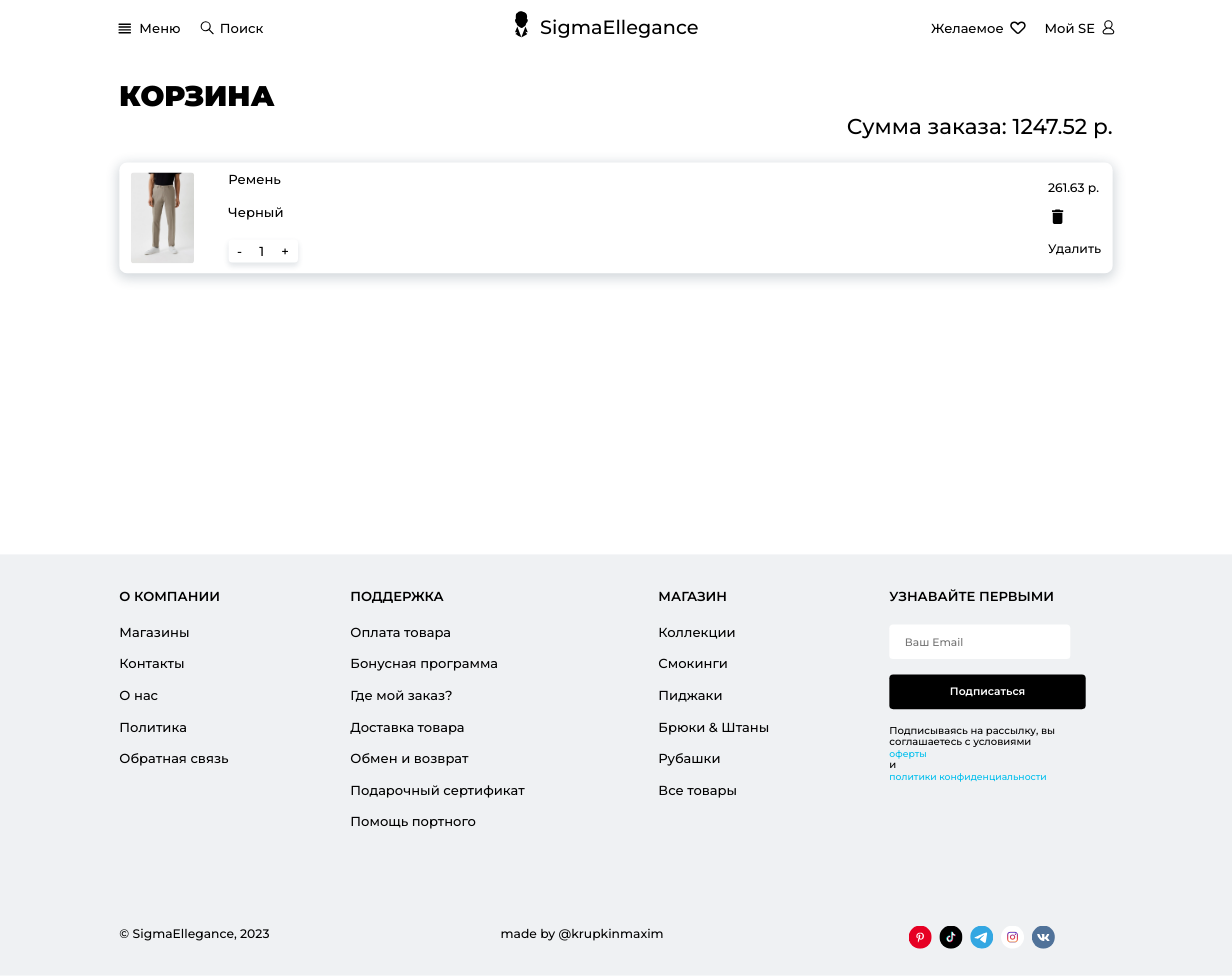
Repository: MaksimKrupkin/SigmaEllegance
Page: /cart
The author's editor kept a copy of each file at every save. The page is drawn from the files as they stood at one save, then again after the next save.
The browser window is 1280 px wide. The page is 1600 px wide, so the pictures cover 1600 px, including what lies to the right of the window. The pictures show the whole page, at 77% of full size.
Some web fonts or font styles are not loaded; a fallback is used. The project was rebuilt for these pictures with package versions that can differ from the ones it lists, and the page was loaded fresh each time. Also part of the build but not shown: src/Components/SideBar/SideBar.module.css, src/Components/SideBar/SideBar.jsx, src/Pages/HomePage.module.css, src/Components/SliderWrapper/SliderWrapper.module.css, src/Components/SliderCard/SliderCard.module.css, src/Components/SliderCard/SliderCard.jsx, src/Components/LeftArrow/LeftArrow.module.css, src/Components/LeftArrow/LeftArrow.jsx and 31 more.

Above is the page before, as saved 2023-12-19 19:59:26.

### public/index.html
<!DOCTYPE html>
<html lang="en">
  <head>
    <meta charset="utf-8" />

    <meta name="viewport" content="width=device-width, initial-scale=1" />
    <link rel="icon" type="image/png" href="./favicon.png" sizes="32x32" />
    <link rel="preconnect" href="https://fonts.googleapis.com" />
    <link rel="preconnect" href="https://fonts.gstatic.com" crossorigin />
    <link
      href="https://fonts.googleapis.com/css2?family=Roboto:wght@400;500;700&display=swap"
      rel="stylesheet" />
    <link
      href="https://fonts.googleapis.com/css2?family=Montserrat:ital,wght@0,300;0,500;0,600;0,900;1,400;1,500&family=Roboto:wght@400;500;700&display=swap"
      rel="stylesheet" />
    <link rel="preconnect" href="https://fonts.googleapis.com" />
    <link rel="preconnect" href="https://fonts.gstatic.com" crossorigin />
    <link
      href="https://fonts.googleapis.com/css2?family=Montserrat:wght@300&family=Roboto:wght@400;500;700&display=swap"
      rel="stylesheet" />
    <link href="https://fonts.cdnfonts.com/css/montserrat" rel="stylesheet" />
    <title>SigmaEllegance</title>
  </head>
  <body>
    <div id="root"></div>
  </body>
</html>

### src/index.js
import React from 'react';
import ReactDOM from 'react-dom/client';
import App from './App';
import { BrowserRouter } from 'react-router-dom';

const root = ReactDOM.createRoot(document.getElementById('root'));
root.render(
  <React.StrictMode>
    <BrowserRouter>
      <App />
    </BrowserRouter>
  </React.StrictMode>,
);

### src/App.js
import React, { useState, useEffect, useRef } from 'react';
import Header from './Components/Header/Header';
import HomePage from './Pages/HomePage';
import styles from './App.module.css';
import GoodsPage from './Pages/GoodsPage/GoodsPage';
import OpenGoodPage from './Pages/OpenGoodPage/OpenGoodPage';
import Footer from './Components/Footer/Footer';
import { BrowserRouter, Route, Routes, useParams } from 'react-router-dom';
import AboutUs from './Pages/AboutUs/AboutUs';
import SearchPage from './Pages/SearchPage/SearchPage';
import Contacts from './Pages/Contacts/Contacts';
import Payment from './Pages/Payment/Payment';
import Cart from './Pages/Cart/Cart';

function App() {
  const { category, id } = useParams();
  const [sidebarOpen, setSidebarOpen] = useState(false);

  const closeSidebar = () => {
    setSidebarOpen(false);
  };

  useEffect(() => {
    const handleOutsideClick = (event) => {};

    document.addEventListener('mousedown', handleOutsideClick);

    return () => {
      document.removeEventListener('mousedown', handleOutsideClick);
    };
  }, []);
  return (
    <div className={styles.container}>
      <Header />
      <Routes>
        <Route path="/" element={<HomePage />} />
        <Route path="/goodspage/" element={<GoodsPage />} />
        <Route path="/goodspage/:category" element={<GoodsPage />} />
        <Route path="/goodspage/:category/:id" element={<OpenGoodPage />} />
        <Route path="/opengoodspage" element={<OpenGoodPage />} />
        <Route path="/opengoodspage/:category/:id" element={<OpenGoodPage />} />
        <Route path="/aboutUsPage" element={<AboutUs />} />
        <Route path="/searchPage" element={<SearchPage />} />
        <Route path="/contacts" element={<Contacts />} />
        <Route path="/payment" element={<Payment />} />
        <Route path="/cart" element={<Cart />} />
      </Routes>

      <Footer />
    </div>
  );
}

export default App;

### src/Components/Header/Header.jsx
import React from 'react';
import { useState } from 'react';
import { Link } from 'react-router-dom';
import styles from './Header.module.css';
import logo from '../../assets/img/logo.svg';
import icon1 from '../../assets/img/Icon1.svg';
import icon2 from '../../assets/img/icon2.svg';
import icon3 from '../../assets/img/icon3.svg';
import icon4 from '../../assets/img/icon4.svg';
import SideBar from '../SideBar/SideBar';

function Header() {
  const [toggleMenu, setToggleMenu] = useState(false);
  const HandleToggle = () => {
    setToggleMenu(!toggleMenu);
  };
  console.log(toggleMenu);
  return (
    <header className={styles.header}>
      <div className={styles.left_part}>
        <div onClick={HandleToggle} className={styles.menu}>
          <img className={styles.icon1} src={icon1} alt="" />
          <p>Меню</p>
        </div>
        {toggleMenu && <SideBar HandleToggle={HandleToggle} />}

        <Link to="/searchPage" className={styles.search}>
          <img className={styles.icon2} src={icon2} alt="" />
          <p>Поиск</p>
        </Link>
      </div>
      <Link to="/" className={styles.logo_part}>
        <img className={styles.logo} src={logo} alt="" />
        <p>SigmaEllegance</p>
      </Link>
      <div className={styles.right_part}>
        <Link to="/cart" className={styles.liked}>
          <p>Желаемое</p>
          <img className={styles.icon3} src={icon3} alt="" />
        </Link>
        <Link className={styles.purchases}>
          <p>Мой SE</p>
          <img className={styles.icon4} src={icon4} alt="" />
        </Link>
      </div>
    </header>
  );
}

export default Header;

### src/App.module.css
body {
  font-family: 'Montserrat', sans-serif;
  display: block;
  margin: 0 auto;
  padding: 0;
  width: 100%;
  position: relative;
  overflow-x: hidden;
}
.container {
  width: 1600px;
  display: block;
  margin: 0 auto;
}

*,
*::before,
*::after {
  box-sizing: border-box;
}

/* Links */

a,
a:link,
a:visited {
  text-decoration: none;
}

a:hover {
  text-decoration: none;
}

/* Common */

aside,
nav,
header,
section,
main {
  display: block;
}

h1,
h2,
h3,
h4,
h5,
h6,
p {
  font-size: inherit;
  font-weight: inherit;
}

ul,
ul li {
  list-style: none;
}

img {
  vertical-align: top;
}

img,
svg {
  max-width: 100%;
  height: auto;
}

address {
  font-style: normal;
}

/* Form */

input,
textarea,
button,
select {
  font-family: inherit;
  font-size: inherit;
  color: inherit;
  background-color: transparent;
}

input::-ms-clear {
  display: none;
}

button,
input[type='submit'] {
  display: inline-block;
  box-shadow: none;
  background-color: transparent;
  background: none;
  cursor: pointer;
}

input:focus,
input:active,
button:focus,
button:active {
  outline: none;
}

button::-moz-focus-inner {
  padding: 0;
  border: 0;
}

label {
  cursor: pointer;
}

legend {
  display: block;
}

### src/Components/Footer/Footer.jsx
import React from 'react';
import icon1 from '../../assets/img/pint.svg';
import icon2 from '../../assets/img/TT.svg';
import icon3 from '../../assets/img/TG.svg';
import icon4 from '../../assets/img/IG.svg';
import icon5 from '../../assets/img/VK.svg';
import styles from './Footer.module.css';

export default function Footer() {
  return (
    <footer className={styles.footer}>
      <div className={styles.column_1}>
        <a className={styles.column_title}>О компании</a>
        <a className={styles.column_item}> Магазины</a>
        <a className={styles.column_item}>Контакты</a>
        <a className={styles.column_item}>О нас</a>
        <a className={styles.column_item}>Политика</a>
        <a className={styles.column_item}>Обратная связь</a>
      </div>
      <div className={styles.column_2}>
        <a className={styles.column_title}>Поддержка</a>
        <a className={styles.column_item}> Оплата товара</a>
        <a className={styles.column_item}>Бонусная программа</a>
        <a className={styles.column_item}>Где мой заказ?</a>
        <a className={styles.column_item}>Доставка товара</a>
        <a className={styles.column_item}>Обмен и возврат</a>
        <a className={styles.column_item}>Подарочный сертификат</a>
        <a className={styles.column_item}>Помощь портного</a>
      </div>
      <div className={styles.column_3}>
        <a className={styles.column_title}>Магазин</a>
        <a className={styles.column_item}> Коллекции</a>
        <a className={styles.column_item}>Смокинги</a>
        <a className={styles.column_item}>Пиджаки</a>
        <a className={styles.column_item}>Брюки & Штаны</a>
        <a className={styles.column_item}>Рубашки</a>
        <a className={styles.column_item}>Все товары</a>
      </div>
      <div className={styles.footer_form}>
        <div className={styles.footer_form_title}>Узнавайте первыми</div>
        <form action={styles.text}>
          <input className={styles.footer_form_email} type="text" placeholder="Ваш Email" />
        </form>
        <div className={styles.footer_button}>
          <div className={styles.footer_link}>Подписаться</div>
        </div>
        <div className={styles.policy}>
          Подписываясь на рассылку, вы соглашаетесь с условиями{' '}
          <a href="" className={styles.policy_link}>
            оферты
          </a>{' '}
          и <a className={styles.policy_link}>политики конфиденциальности</a>{' '}
        </div>
      </div>
      <div className={styles.footer_border}>
        <img src="/img/Border.svg" alt="" />
      </div>
      <div className={styles.sigma_corp}>© SigmaEllegance, 2023</div>
      <div className={styles.made_by}>made by @krupkinmaxim</div>
      <div className={styles.social_networks}>
        <img className={styles.pintrest} src={icon1} alt="" />
        <img className={styles.tik_tok} src={icon2} alt="" />
        <img className={styles.telegram} src={icon3} alt="" />
        <img className={styles.instagram} src={icon4} alt="" />
        <img className={styles.vk} src={icon5} alt="" />
      </div>
    </footer>
  );
}

### src/Pages/Cart/Cart.jsx
import React from 'react';
import styles from './Cart.module.css';
import image from '../../assets/img/bruki-1.webp';
import { MdDelete } from 'react-icons/md';

export default function Cart() {
  return (
    <div className={styles.wrapper}>
      <div className={styles.container}>
        <div className={styles.title}>Корзина</div>
        <div className={styles.sum}>Сумма заказа: 1247.52 р.</div>
        <div className={styles.good_item}>
          <img className={styles.goods_img} src={image} alt="" />
          <div className={styles.goods_data}>
            <p className={styles.goods_type}>Ремень</p>
            <p className={styles.goods_color}>Черный</p>
            <div className={styles.goods_count}>
              <div>-</div>
              <div>1</div>
              <div>+</div>
            </div>
          </div>
          <div className={styles.right}>
            <p className={styles.goods_price}>261.63 р.</p>
            <div className={styles.goods_delete}>
              <img className={styles.delete_icon} src="" alt="" />
              <MdDelete fontSize={25} />
              <p className={styles.delete_text}>Удалить</p>
            </div>
          </div>
        </div>
      </div>
    </div>
  );
}

### src/Components/Header/Header.module.css
.header {
  font-family: 'Montserrat', sans-serif;
  margin: 0 auto;
  width: 100%;
  height: 10vh;
  display: flex;
  justify-content: space-around;
  align-items: center;
}

.left_part {
  display: flex;
  justify-content: space-between;
  align-items: center;
  gap: 25px;
  color: #000;
  margin-bottom: -2px;

  font-family: Montserrat;
  font-size: 17px;
  font-style: normal;
  font-weight: 500;
  line-height: normal;
}
.menu {
  display: flex;
  justify-content: space-between;
  align-items: center;
  gap: 8px;
  cursor: pointer;
}
.menu:hover {
  color: rgb(80, 77, 77);
}
.icon1 {
  width: 22px;
  height: 22px;
  margin-bottom: 1px;
}
.search {
  display: flex;
  justify-content: space-between;
  align-items: center;
  gap: 8px;
  cursor: pointer;
  color: black;
}

.search:hover {
  color: rgb(80, 77, 77);
}
.icon2 {
  width: 18px;
  height: 18px;
  margin-bottom: 3px;
}

.logo_part {
  margin-bottom: 3px;
  display: flex;
  justify-content: space-between;
  align-items: center;

  color: #000;

  font-family: Montserrat;
  font-size: 25px;
  font-style: normal;
  font-weight: 400;
  line-height: normal;
  cursor: pointer;
}

.logo {
  width: 67.375px;
  height: 69.103px;
  flex-shrink: 0;
  margin-right: -10px;
}
.right_part {
  margin-bottom: -2px;
  display: flex;
  justify-content: space-between;
  align-items: center;
  gap: 23px;
  font-family: Montserrat;
  font-size: 17px;
  font-style: normal;
  font-weight: 500;
  line-height: normal;
}

.liked {
  color: black;
  display: flex;
  justify-content: space-between;
  align-items: center;
  gap: 8px;
  cursor: pointer;
}
.liked:hover {
  color: rgb(80, 77, 77);
}
.icon3 {
  width: 22px;
  height: 22px;
  margin-bottom: 3px;
}

.purchases {
  color: black;
  display: flex;
  justify-content: space-between;
  align-items: center;
  gap: 8px;
  cursor: pointer;
}
.purchases:hover {
  color: rgb(80, 77, 77);
}

.icon4 {
  width: 19px;
  height: 19px;
  margin-bottom: 3px;
}

### src/Components/Footer/Footer.module.css
.footer {
  background-color: #eff1f3;
  width: 1600px;
  height: 547px;
  position: absolute;
  overflow-y: hidden;
  margin-top: 0px;
}
a {
  display: block;
}

.column_1 {
  position: absolute;
  top: 45px;
  left: 155px;
}

.column_2 {
  position: absolute;
  top: 45px;
  left: 455px;
}

.column_3 {
  position: absolute;
  top: 45px;
  left: 855px;
}
.column_title {
  font-style: normal;
  font-weight: 600;
  font-size: 17px;
  line-height: 21px;
  text-transform: uppercase;
  color: #000000;
  margin-bottom: 25px;
}

.column_item {
  font-family: 'Montserrat';
  font-style: normal;
  font-weight: 400;
  font-size: 17px;
  line-height: 21px;
  color: #000000;
  margin-bottom: 20px;
  cursor: pointer;
}

.footer_form {
  position: absolute;
  top: 45px;
  left: 1155px;
}

.footer_form_title {
  font-style: normal;
  font-weight: 600;
  font-size: 17px;
  line-height: 21px;
  text-transform: uppercase;
  color: #000000;
  margin-bottom: 25px;
}
.footer {
  opacity: 1;
}
.footer_form_email {
  width: 235px;
  height: 45px;
  background-color: white;
  border: none;
  border-radius: 5px;
  font-style: normal;
  font-weight: 400;
  font-size: 14px;
  line-height: 17px;
  padding-left: 20px;
  color: rgba(0, 0, 0, 0.4);
}
.footer_form_email:focus {
  border: 2px solid black;
}

.footer_button {
  margin-top: 20px;
  margin-bottom: 20px;
  width: 255px;
  background-color: #000000;
  border-radius: 5px;
  text-align: center;
  font-style: normal;
  font-weight: 600;
  font-size: 14px;
  line-height: 45px;
  color: #ffffff;
  cursor: pointer;
}
.footer_link {
  color: #ffffff;
}

.policy {
  width: 254px;
  font-style: normal;
  font-weight: 400;
  font-size: 13px;
  line-height: 15px;
  color: #000000;
}
.policy_link {
  font-style: normal;
  font-weight: 400;
  font-size: 12px;
  line-height: 15px;
  color: #00bfed;
}

.footer_border {
  position: absolute;
  bottom: 120px;
}

.sigma_corp {
  position: absolute;
  left: 155px;
  bottom: 45px;

  font-weight: 500;
}

.made_by {
  position: absolute;
  left: 650px;
  bottom: 45px;
  font-weight: 500;
}

.social_networks {
  position: absolute;
  left: 1180px;
  bottom: 35px;
}
.pintrest {
  width: 30px;
  height: 30px;
  margin-right: 10px;
  transition: all 0.1s ease-in;
  cursor: pointer;
}
.pintrest:hover {
  width: 35px;
  height: 35px;
  transform: translateY(-3px);
}
.tik_tok {
  width: 30px;
  height: 30px;
  margin-right: 10px;
  transition: all 0.1s ease-in;
  cursor: pointer;
}
.tik_tok:hover {
  width: 35px;
  height: 35px;
  transform: translateY(-3px);
}
.telegram {
  width: 30px;
  height: 30px;
  margin-right: 10px;
  transition: all 0.1s ease-in;
  cursor: pointer;
}
.telegram:hover {
  width: 35px;
  height: 35px;
  transform: translateY(-3px);
}
.instagram {
  width: 30px;
  height: 30px;
  margin-right: 10px;
  transition: all 0.1s ease-in;
  cursor: pointer;
}
.instagram:hover {
  width: 35px;
  height: 35px;
  transform: translateY(-3px);
}
.vk {
  width: 30px;
  height: 30px;
  margin-right: 10px;
  transition: all 0.1s ease-in;
  cursor: pointer;
}
.vk:hover {
  width: 35px;
  height: 35px;
  transform: translateY(-3px);
}

### src/Pages/Cart/Cart.module.css
.wrapper {
  width: 1600px;
  min-height: 90vh;
  display: flex;
  justify-content: center;
}
.container {
  width: 1290px;
}
.title {
  margin-top: 30px;
  color: #000;

  font-family: Montserrat;
  font-size: 37px;
  font-style: normal;
  font-weight: 700;
  line-height: normal;
  text-transform: uppercase;
}
.sum {
  font-size: 28px;
  font-weight: 500;
  text-align: right;
  margin-bottom: 30px;
}
.good_item {
  padding: 15px;

  width: 100%;
  height: 20vh;
  border-radius: 10px;
  display: flex;
  justify-content: space-between;
  align-items: center;
  -webkit-box-shadow: 0px 4px 15px 3px rgba(34, 60, 80, 0.2);
  -moz-box-shadow: 0px 4px 15px 3px rgba(34, 60, 80, 0.2);
  box-shadow: 0px 4px 15px 3px rgba(34, 60, 80, 0.2);
}

.goods_img {
  width: 82px;
  border-radius: 4px;
}
.goods_data {
  display: flex;
  flex-direction: column;
  justify-content: space-between;
  gap: 21px;
  margin-left: -930px;
  font-size: 17px;
  font-weight: 500;
}
.goods_count {
  font-size: 17px;
  cursor: pointer;
  display: flex;
  align-items: center;
  justify-content: space-around;
  width: 90px;
  height: 30px;
  border-radius: 5px;
  margin: 0;

  -webkit-box-shadow: 0px 4px 7px 1px rgba(34, 60, 80, 0.12);
  -moz-box-shadow: 0px 4px 7px 1px rgba(34, 60, 80, 0.12);
  box-shadow: 0px 4px 7px 1px rgba(34, 60, 80, 0.12);
}
.goods_type {
  line-height: 17px;
  margin: 0;
}
.goods_color {
  line-height: 17px;
  padding-bottom: 5px;
  margin: 0;
  margin-top: 5px;
}

After the next save:
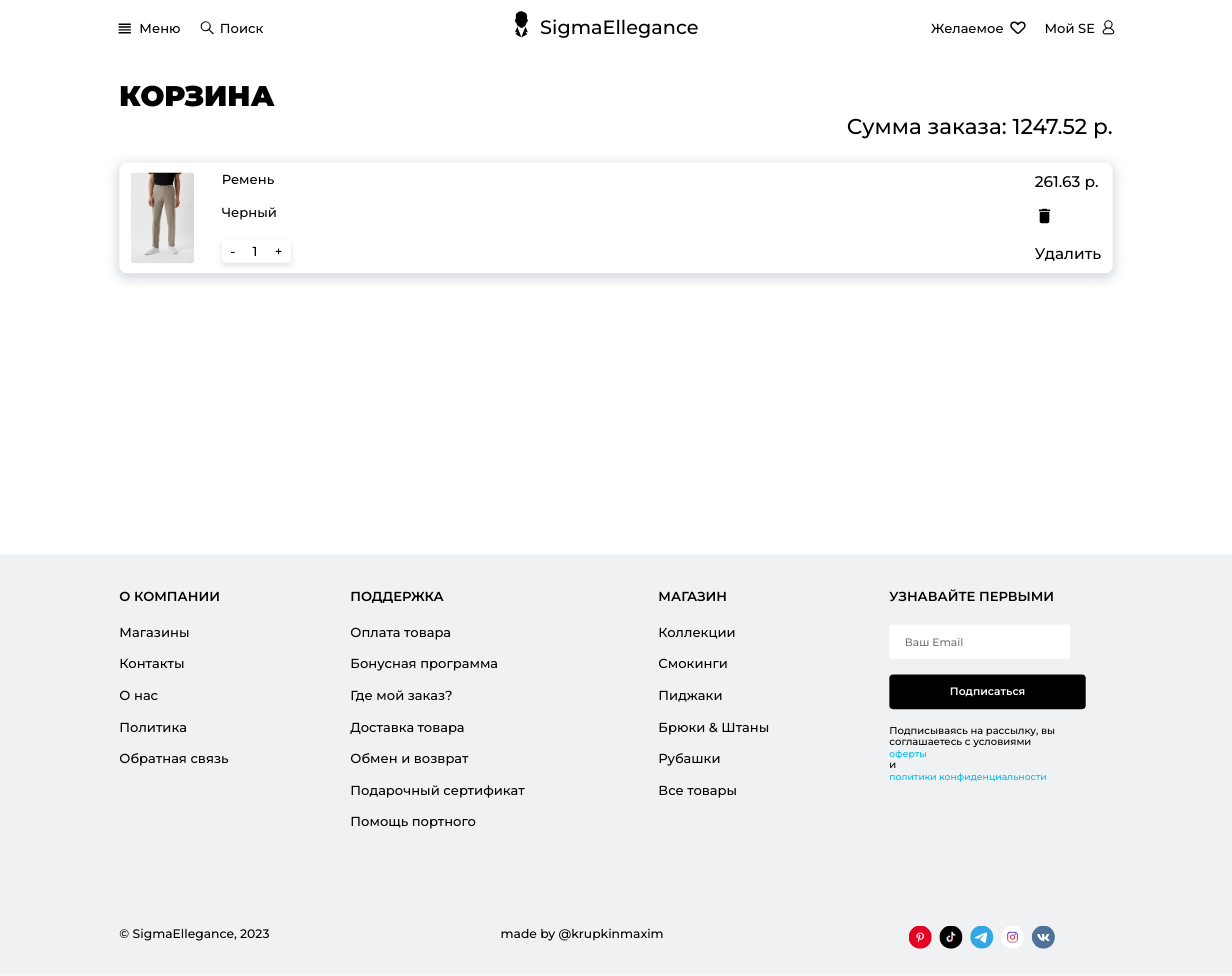
Saved 44 s later.
--- a/src/Pages/Cart/Cart.module.css
+++ b/src/Pages/Cart/Cart.module.css
@@ -76,3 +76,6 @@
   margin: 0;
   margin-top: 5px;
 }
+.right {
+  font-size: 20px;
+}
